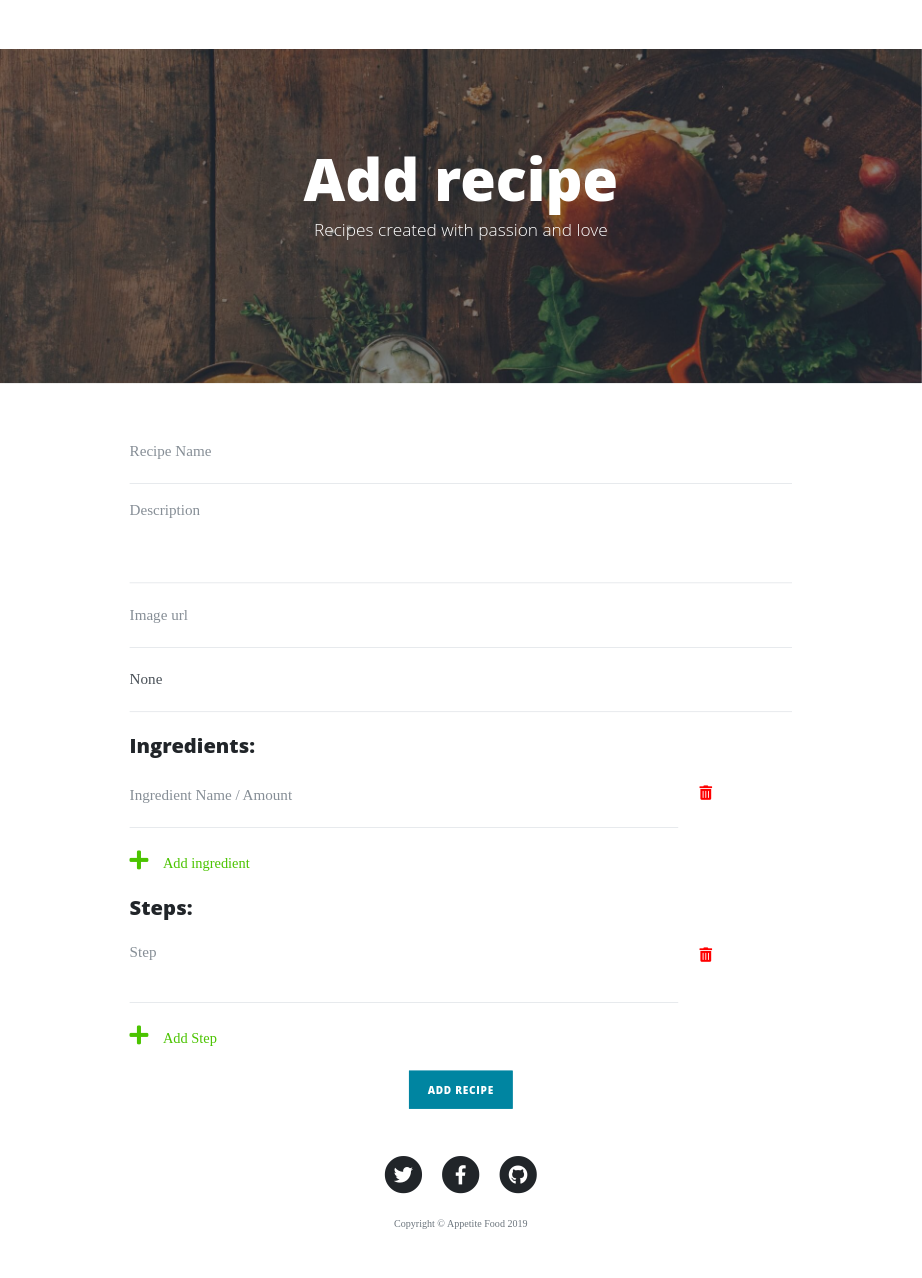
Repository: LukaszPlawinski/appetite-food
Page: http://localhost/add_recipe
The author's editor kept a record of every edit. The page is drawn from the files as they stood at one moment, then again after the next edit.
The browser window is 1280 px wide. The pictures show the whole page, at 72% of full size.
The page is served by the project's application, run on Flask 3 (run.py). Other server files are loaded and not shown. Queries for data that is not in the repository find no rows.

Above is the page before.

### templates/add_recipe.html
{% extends "layout.html" %}
    {% block img %}
    <header class="masthead" style="background-image: url('../static/img/bread.jpg')">
    {% endblock %}
    {% block header %}
        <h1>Add recipe</h1>
        <span class="subheading">Recipes created with passion and love</span>
    {% endblock %}
    {% block content %}

<div class="container">
    <div class="row">
        <div class="col-lg-10 col-md-10 mx-auto">
            <form  action='{{ url_for('insert_recipe')}}'   method='POST' novalidate>

                <!--Recipe name field-->

                <div class="control-group">
                    <div class="form-group floating-label-form-group controls">
                        <label>Recipe Name</label>
                        <input type="text" class="form-control" name="name"  placeholder="Recipe Name" id="name" required data-validation-required-message="Please enter name of the recipe.">
                        <p class="help-block text-danger"></p>
                    </div>
                </div>

                <!--Recipe Description field-->

                <div class="control-group">
                    <div class="form-group floating-label-form-group controls">
                        <label>Description</label>
                        <textarea rows="3" class="form-control" name="description"  placeholder="Description" id="description" required data-validation-required-message="Please enter a description."></textarea>
                        <p class="help-block text-danger"></p>
                    </div>
                </div>

                <!--Recipe image field-->

                <div class="control-group">
                    <div class="form-group floating-label-form-group controls">
                        <label>Image</label>
                        <input type="text" class="form-control" name="image" placeholder="Image url" id="image" required data-validation-required-message="Please url of the image.">
                        <p class="help-block text-danger"></p>
                    </div>
                </div>

                <!--Author name field-->

                 <div class="control-group">
                    <div class="form-group floating-label-form-group controls">
                        <label>Author</label>
                        <input type="text" class="form-control" name="author" value="{{user}}" placeholder="{{user}}" id="author" required data-validation-required-message="Please enter author name.">
                        <p class="help-block text-danger"></p>
                    </div>
                </div>
                </br>

                <!--Ingredients fields-->

                <div id="ingredients">
                    <h3>Ingredients:</h3>
                    <div class="row" >
                        <div class="name col-10">
                            <div class="control-group">
                                <div class="form-group floating-label-form-group controls">
                                    <label>Name</label>
                                    <input type="text" class="form-control" name="ingredient_name" placeholder="Ingredient Name / Amount" required data-validation-required-message="Please enter name of the ingredient.">
                                    <p class="help-block text-danger"></p>
                                </div>
                            </div>
                        </div>

                        <div class="delete col-1">
                            <a href="javascript:void(0);" class="remove_ingredient"><i class="fas fa-trash-alt red"></i></a>
                        </div>
                    </div>

                </div>
                </br>
                <div class="row ">
                    <div class="col-8 icons ">
                            <a href="javascript:void(0);" id="add_ingredient" class="green"><i class="fas fa-plus"></i>Add ingredient</a>
                    </div>
                </div>

                </br>

                <!--Cooking steps fields-->

                <div id="steps">
                    <h3>Steps:</h3>
                    <div class="row ">
                        <div class="control-group col-10">
                            <div class="form-group floating-label-form-group controls">
                                <label>Step</label>
                                <textarea row="2" class="form-control" placeholder="Step" name='step_name'  required data-validation-required-message="Please enter step."></textarea>
                                <p class="help-block text-danger"></p>
                            </div>
                        </div>
                        <div class="delete col-1">
                            <a href="javascript:void(0);" class="remove_step"><i class="fas fa-trash-alt delete red"></i></a>
                        </div>
                    </div>
                    </br>
                </div>
                <div class="row ">
                        <div class="col-8 icons ">
                                <a href="javascript:void(0);" id="add_step" class="green"><i class="fas fa-plus "></i>Add Step</a>
                        </div>
                </div>
                <br>
                <div class="form-group text-center">
                    <button type="submit" class="btn btn-primary" >Add Recipe</button>
                </div>
        </form>
        </div>
    </div>
</div>



{% endblock %}

### run.py
import os
import json
from flask import Flask, render_template,redirect,request,session,g, url_for,flash
from flask_pymongo import PyMongo
import bcrypt
from bson.objectid import ObjectId


# Connection with mongo db database

app = Flask(__name__)
app.secret_key = os.urandom(24)
app.config["MONGO_DBNAME"] = "Appetite_food"
app.config["MONGO_URI"] = "mongodb+srv://root:r00tpassword@myfirstcluster-ggpfv.mongodb.net/Appetite_food?retryWrites=true&w=majority"
mongo = PyMongo(app)


# Route for the main page. If Search button is clicked user is redirected to results.html

@app.route("/", methods=['GET', 'POST'])
@app.route("/index", methods=['GET', 'POST'])
def index():

    if request.method == "POST":
        if request.form.get('action') == 'search':
            searched_text =  request.form.get('search_input')
            return redirect(url_for('search',
                    search_text=searched_text))
        else:
            choosen_category =  request.form.get('category_name')
            return redirect(url_for('chose_category',
                    choosen_category=choosen_category))


    return render_template("index.html",
    recipes = mongo.db.recipes.find(),
    categories= mongo.db.categories.find(),
    user=g.user)

# Login function

@app.route('/login', methods = ['GET','POST'])
def login():
    users = mongo.db.users
    login_user = users.find_one({'name' : request.form.get('username')})

    if login_user:
        if bcrypt.hashpw(request.form['pass'].encode('utf-8'), login_user['password'].encode('utf-8')) == login_user['password'].encode('utf-8'):
            session['username'] = request.form.get('username')
            flash('Welcome ')
            return redirect(url_for('index'))
        else:
            flash('Invalid password')
            return redirect(url_for('index'))
    else:
        flash('Invalid username')
        return redirect(url_for('index'))




# Register function

@app.route('/register', methods=['POST', 'GET'])
def register():
    if request.method == 'POST':
        users = mongo.db.users
        existing_user = users.find_one({'name' : request.form.get('username')})

        if existing_user is None:

# Hashing password to don't keep it in plain text

            pw_hash = bcrypt.hashpw(request.form['pass'].encode('utf-8'), bcrypt.gensalt())
            users.insert({'name' : request.form.get('username'), 'password' : pw_hash})

# Adding username to session array with active users

            session['username'] = request.form.get('username')
        else:
            return 'That username already exists!'
    flash('You have been successfully registered ')
    return redirect(url_for('index'))


@app.before_request
def before_request():
    g.user = None
    if 'username' in session:
        g.user = session['username']

@app.route('/logout')
def logout():
    session.pop('username', None)
    flash('You you have logged out successfully')
    return redirect(url_for('index'))

@app.route('/add_recipe')
def add_recipe():
   return render_template("add_recipe.html",
   recipe =mongo.db.recipes.find(),
   user=g.user)

#  This function takes all values from form about recipe and inserts them into mongo database

@app.route('/insert_recipe', methods=['POST'])
def insert_recipe():
    recipes = mongo.db.recipes
    that_recipe = {
        "name": request.form.get('name'),
        "image": request.form.get('image'),
        "description": request.form.get('description'),
        "author": request.form.get('author'),
        "ingredient":  request.form.to_dict(flat=False)["ingredient_name"],
        "step":  request.form.to_dict(flat=False)["step_name"]
    }
    recipes.insert_one(that_recipe)
    return redirect(url_for('index'))

# Route wchich send us to meal.html page where are all details about choosen recipe

@app.route('/<recipe_id>')
def about_recipe(recipe_id):
    return render_template('meal.html',
    recipe=mongo.db.recipes.find_one({'_id': ObjectId(recipe_id)}),  user=g.user)

# EDIT and UPDATE functions

@app.route('/edit_recipe/<recipe_id>')
def edit_recipe(recipe_id):
    the_recipe = mongo.db. recipes.find_one({'_id': ObjectId(recipe_id)})
    return render_template('edit_recipe.html', recipe= the_recipe,  user=g.user)

@app.route("/update_recipe/<recipe_id>", methods=["POST"])
def update_recipe(recipe_id):
    recipes = mongo.db.recipes
    recipes.update( {'_id': ObjectId(recipe_id)},
    {
        "name": request.form.get('name'),
        "image": request.form.get('image'),
        "description": request.form.get('description'),
        "author": request.form.get('author'),
        "ingredient":  request.form.to_dict(flat=False)["ingredient_name"],
        "step":  request.form.to_dict(flat=False)["step_name"]
    })
    return redirect(url_for('index'))


# DELETE function

@app.route("/delete_recipe/<recipe_id>")
def delete_recipe(recipe_id):
    mongo.db.recipes.remove({'_id': ObjectId(recipe_id)})
    return redirect(url_for('index'))


# SEARCH function takes searched phrase and rendering all recipes which contain this phrase in their name

@app.route("/search/<search_text>", methods=["GET","POST"])
def search(search_text):
    mongo.db.recipes.create_index([("name","text")])
    query = ({ "$text": { "$search":search_text}})
    return  render_template("results.html",
    categories= mongo.db.categories.find(),
    recipes=mongo.db.recipes.find(query),  user=g.user)

# CHOSE CATEGORY
@app.route("/chose/<choosen_category>", methods=["GET","POST"])
def chose_category(choosen_category):
    return  render_template("results.html",
    categories= mongo.db.categories.find(),
    recipes=mongo.db.recipes.find({"category": choosen_category}),  user=g.user)

# Contact form

@app.route("/contact")
def contact():
    return render_template("contact.html",
    user=g.user)

if __name__=='__main__':
    app.run(host=os.environ.get("IP"),
            port=int(os.environ.get("PORT")),
            debug=True)

### static/css/style.css
.card-img-top {
    width: 100%;
    height: 380px;
    object-fit: cover;
}
.card{
    border: none;
}

.animated i {
  position: absolute;
  top: 38%;
  left: 50%;
  font-size: 40px;
  color: #fafafa;
  width: 40px;
  height: 40px;
  line-height: 50px;

  -webkit-transform: translate(-50%, -50%) scale(0);
  -ms-transform: translate(-50%, -50%) scale(0);
  transform: translate(-50%, -50%) scale(0);
  -webkit-transition: -webkit-transform 500ms cubic-bezier(0.6, -0.28, 0.735, 0.045);
  transition: -webkit-transform 500ms cubic-bezier(0.6, -0.28, 0.735, 0.045);
  -o-transition: transform 500ms cubic-bezier(0.6, -0.28, 0.735, 0.045);
  transition: transform 500ms cubic-bezier(0.6, -0.28, 0.735, 0.045);
  transition: transform 500ms cubic-bezier(0.6, -0.28, 0.735, 0.045), -webkit-transform 500ms cubic-bezier(0.6, -0.28, 0.735, 0.045);
}

.animated:hover img {
  opacity: 0.6;
}

.animated:hover i,
.animated:focus i {
  -webkit-transform: translate(-50%, -50%) scale(2);
  -ms-transform: translate(-50%, -50%) scale(2);
  transform: translate(-50%, -50%) scale(2);
  -webkit-transition: -webkit-transform 500ms cubic-bezier(0.175, 0.885, 0.32, 1.275);
  transition: -webkit-transform 500ms cubic-bezier(0.175, 0.885, 0.32, 1.275);
  -o-transition: transform 500ms cubic-bezier(0.175, 0.885, 0.32, 1.275);
  transition: transform 500ms cubic-bezier(0.175, 0.885, 0.32, 1.275);
  transition: transform 500ms cubic-bezier(0.175, 0.885, 0.32, 1.275), -webkit-transform 500ms cubic-bezier(0.175, 0.885, 0.32, 1.275);
}

.animated:hover img{
	opacity: 0.6;
}
.animated a:hover, a.blue-text{
  text-decoration: none;
}

.delete i {
      margin-top: 30px;
}
.add_ingredient i{
  padding-right: 10px
}

.icons i,.header_icons i{
  padding-right: 20px;
  font-size: 30px;
}

.header_icons{
   text-align: right;
}

.meal_image{
  margin-bottom: 10px;
}

.green{
  color: #4bc400;
}
.red{
  color: #ff0000;
}
.author p{
  margin: 0 5px;
  color: #888;
}

.modal-sign button{
  position: absolute;
  right: 20px;
}
.user_icon i, .pass_icon i{
    margin-top: 30px;
    font-size: 25px;
    padding-left: 8px;
}

.search_input input[type=text]:focus:not([readonly]) {
border-bottom: 1px solid #4dd0e1;
box-shadow: 0 1px 0 0 #4dd0e1;
}
@media only screen and (min-width: 768px){
  .card-img-top{
       height:220px;
  }
  .animated i{
  	top:25%;
  }
}

Loaded but not shown: static/css/clean-blog.min.css (library); static/js/clean-blog.min.js (common file); static/js/jqBootstrapValidation.js (937 lines, source omitted); static/js/contact_me.js (75 lines, source omitted); static/js/main.js (49 lines, source omitted); templates/layout.html (254 lines, source omitted)

After the next edit:
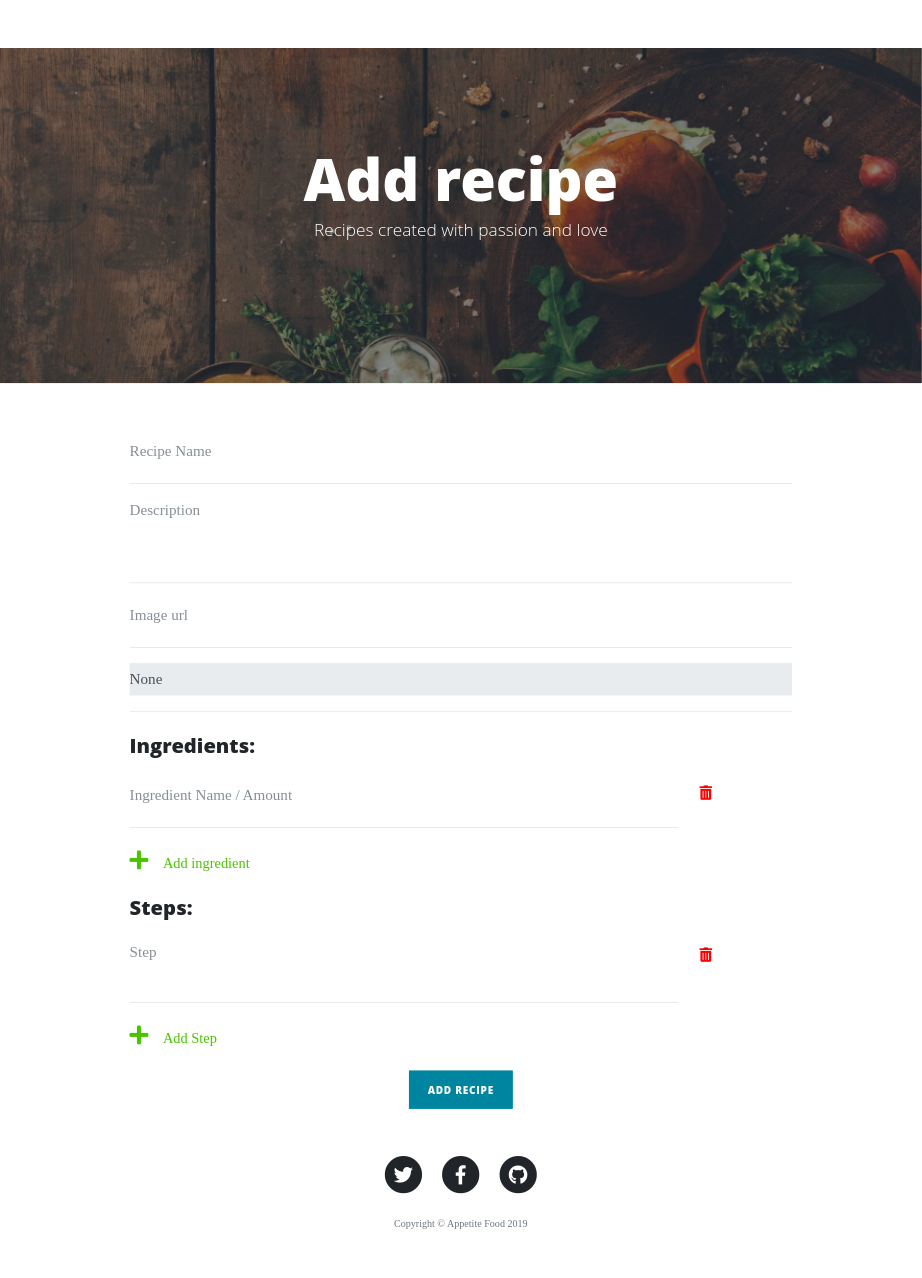
The edit:
--- a/templates/add_recipe.html
+++ b/templates/add_recipe.html
@@ -48,7 +48,7 @@
                  <div class="control-group">
                     <div class="form-group floating-label-form-group controls">
                         <label>Author</label>
-                        <input type="text" class="form-control" name="author" value="{{user}}" placeholder="{{user}}" id="author" required data-validation-required-message="Please enter author name.">
+                        <input type="text" class="form-control" name="author" value="{{user}}"  id="author" readonly required data-validation-required-message="Please enter author name.">
                         <p class="help-block text-danger"></p>
                     </div>
                 </div>
